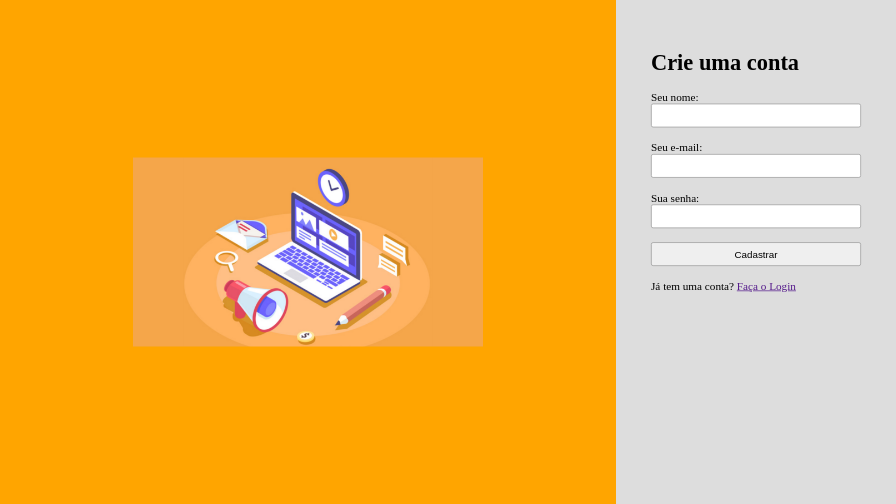
Repository: rafavirginio/tela-de-login
Page: index.html
An editor plug-in stored every save of this project. The page is shown before and after the next save, followed by the edit.
The browser window is 1280 px wide. The pictures show the whole page, at 70% of full size.

Above is the page before, as saved 2020-09-15 18:02:33.

After the next save:
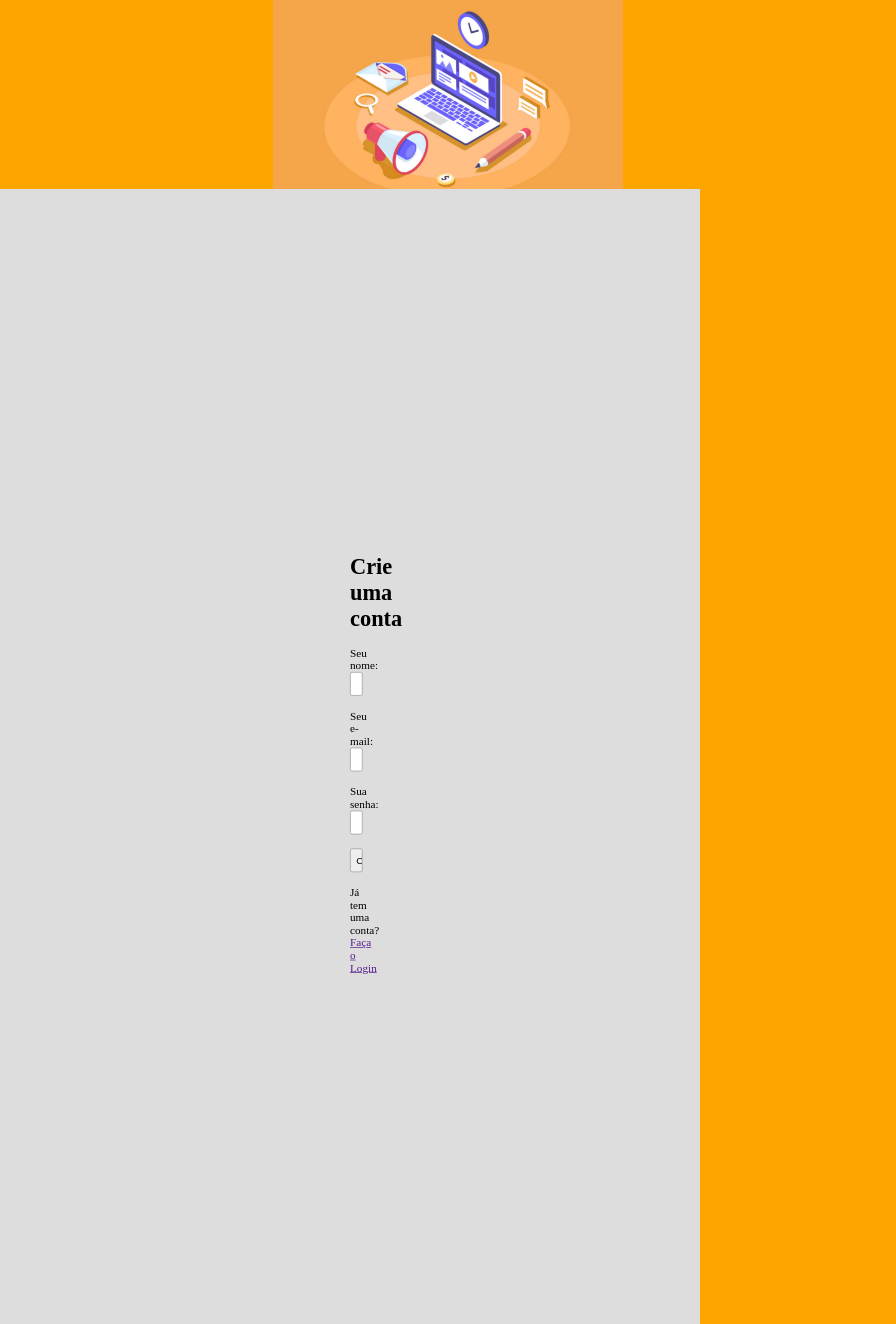
Saved 15 s later.
--- a/style.css
+++ b/style.css
@@ -29,7 +29,7 @@
 .rightside {
     width: 400px;
     background-color: #DDD;
-    padding: 50px;
+    padding: 500px;
 }
 
 .rightside label {

After the save that followed:
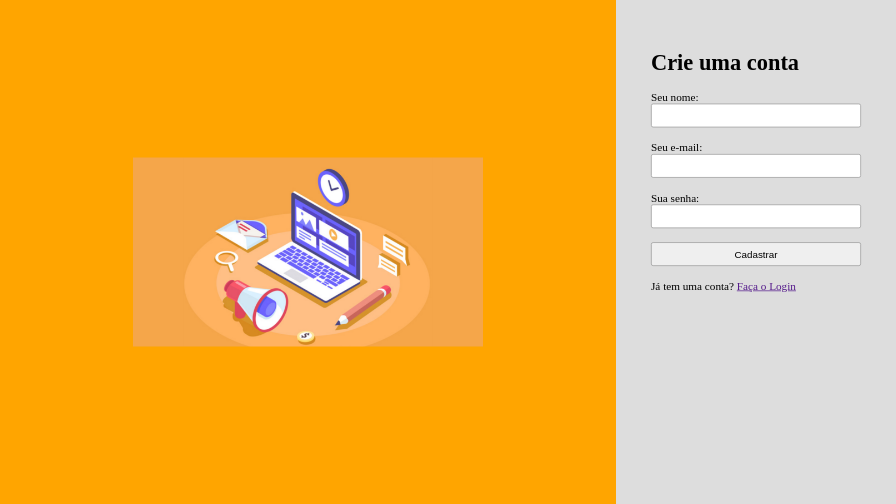
Saved 15 s later.
--- a/style.css
+++ b/style.css
@@ -29,7 +29,7 @@
 .rightside {
     width: 400px;
     background-color: #DDD;
-    padding: 500px;
+    padding: 50px;
 }
 
 .rightside label {
